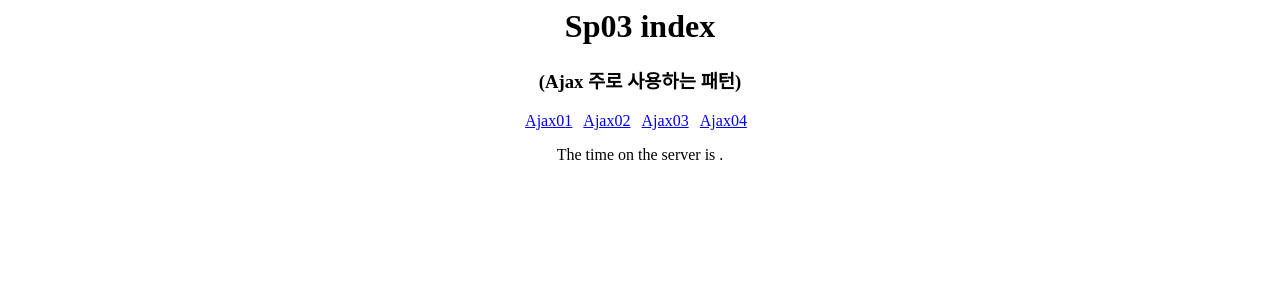
Repository: betweenhj702/Spring-practice-in-bit
Page: http://localhost/Sp03/WEB-INF/views/index.jsp
An editor plug-in stored every save of this project. The page is shown before and after the next save, followed by the edit.
The browser window is 1280 px wide. The pictures show the whole page.
The page is served by Tomcat 9. Nobody is signed in. The template is opened directly, without the code that normally fills it, so the values that code supplies are empty.

Above is the page before, as saved 2021-01-25 07:06:02.

After the next save:
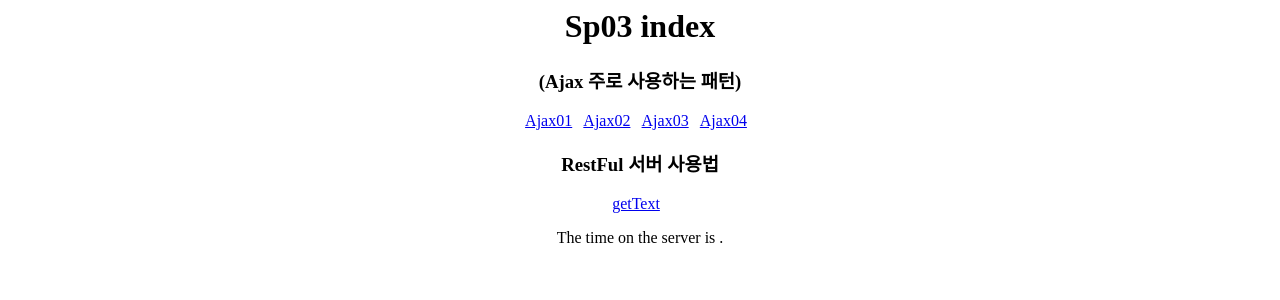
Saved 2 min 9 s later.
--- a/workspace/Sp03/src/main/webapp/WEB-INF/views/index.jsp
+++ b/workspace/Sp03/src/main/webapp/WEB-INF/views/index.jsp
@@ -15,7 +15,8 @@
 		   		<a href="ajax/test04.do">Ajax04</a>&nbsp;&nbsp;
 		   </p>
 		   <p>
-
+		   		<h3>RestFul 서버 사용법</h3>
+		   		<a href="rest/getText">getText</a>&nbsp;&nbsp;
 		   </p>
 		   <P>  The time on the server is ${serverTime}. </P>
 		</div>
